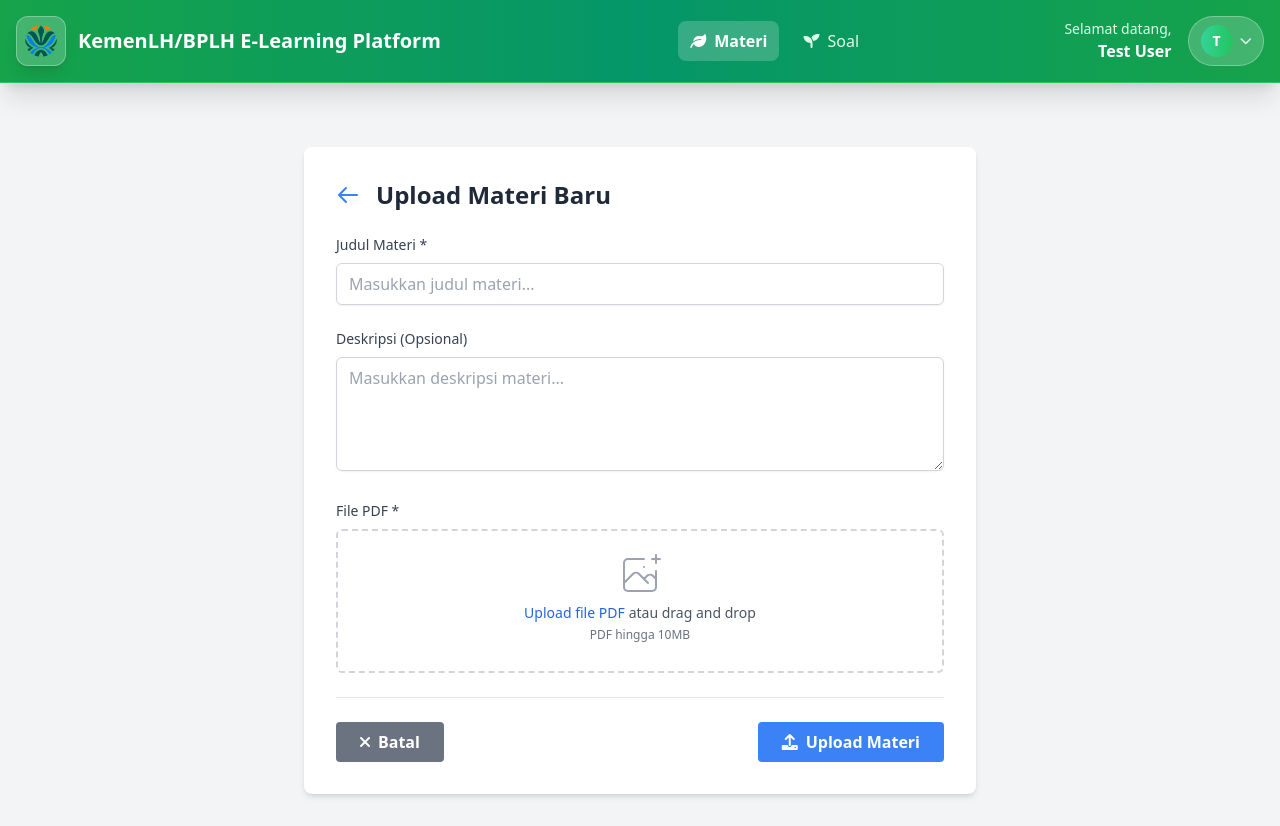
Repository: Autofat/LMS-MOOC
Page: http://localhost/materials/create
These files come from the project's save history. The page is drawn as it stood at one moment and after the next save; the edit follows.
The browser window is 1280 px wide. The pictures show the whole page.
Some web libraries are served in a nearby version. The page is served by the project's Laravel application, run on PHP 8.4 with Laravel 12. A made-up administrator, Test User (test@example.com), is signed in.

Above is the page before, as saved 2025-08-01 12:57:17.

After the next save:
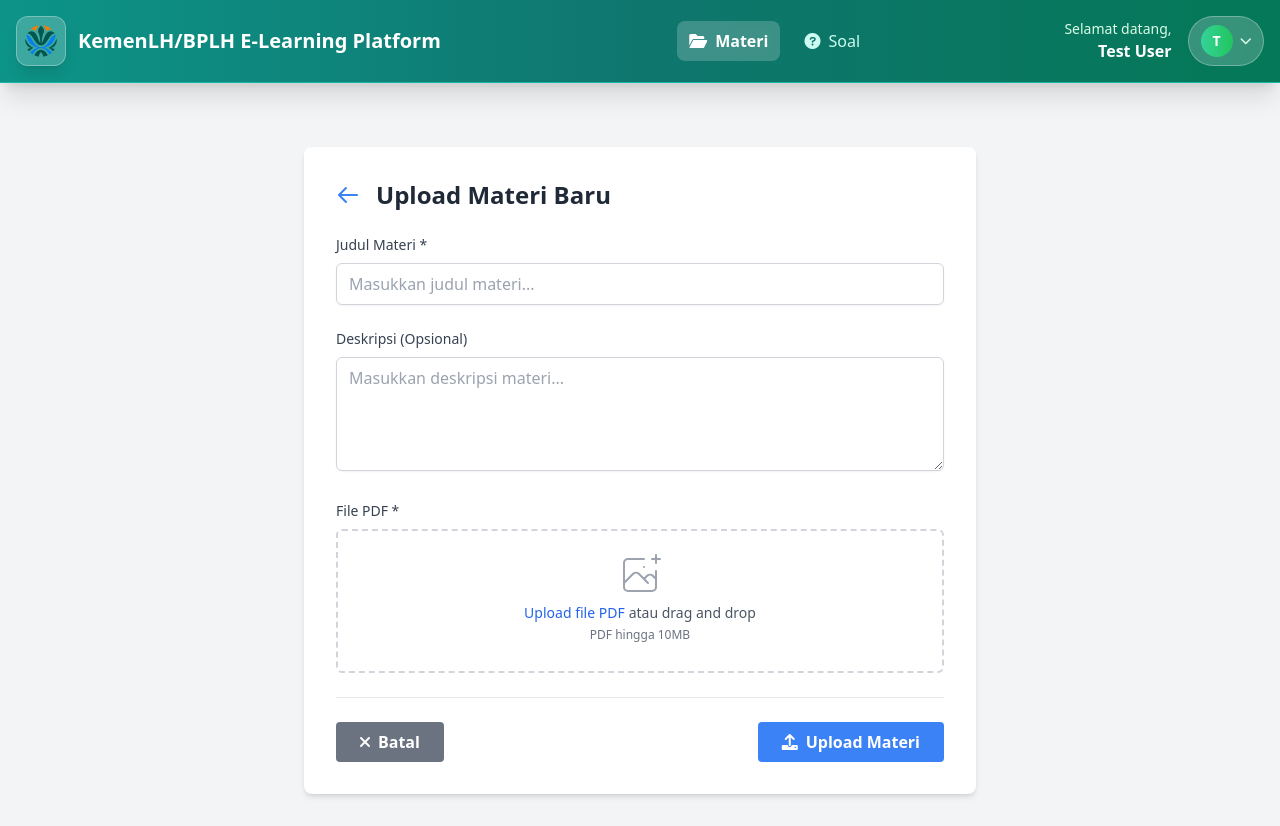
Saved 20 s later.
--- a/resources/views/components/navbar.blade.php
+++ b/resources/views/components/navbar.blade.php
@@ -1,5 +1,5 @@
 <!-- Navigation Bar -->
-<nav class="bg-gradient-to-r from-green-600 via-emerald-600 to-green-600 shadow-xl border-b border-green-500 mb-8">
+<nav class="bg-gradient-to-r from-teal-600 via-teal-700 to-emerald-700 shadow-xl border-b border-teal-500 mb-8">
     <div class="container mx-auto px-4">
         <div class="flex items-center py-4">
             <!-- Logo/Brand - Far Left -->
@@ -15,13 +15,13 @@
             <!-- Navigation Links - Center -->
             <div class="hidden md:flex items-center space-x-6 flex-1 justify-center">
                 <a href="{{ route('materials.index') }}"
-                   class="flex items-center space-x-2 text-green-100 hover:text-white transition-colors {{ request()->routeIs('materials.*') ? 'text-white font-semibold bg-white/20 px-3 py-2 rounded-lg backdrop-blur-sm' : '' }}">
-                    <i class="fas fa-leaf"></i>
+                   class="flex items-center space-x-2 text-teal-100 hover:text-white transition-colors {{ request()->routeIs('materials.*') ? 'text-white font-semibold bg-white/20 px-3 py-2 rounded-lg backdrop-blur-sm' : '' }}">
+                    <i class="fas fa-folder-open"></i>
                     <span>Materi</span>
                 </a>
                 <a href="{{ route('questions.manage') }}"
-                   class="flex items-center space-x-2 text-green-100 hover:text-white transition-colors {{ request()->routeIs('questions.*') ? 'text-white font-semibold bg-white/20 px-3 py-2 rounded-lg backdrop-blur-sm' : '' }}">
-                    <i class="fas fa-seedling"></i>
+                   class="flex items-center space-x-2 text-teal-100 hover:text-white transition-colors {{ request()->routeIs('questions.*') ? 'text-white font-semibold bg-white/20 px-3 py-2 rounded-lg backdrop-blur-sm' : '' }}">
+                    <i class="fas fa-question-circle"></i>
                     <span>Soal</span>
                 </a>
             </div>
